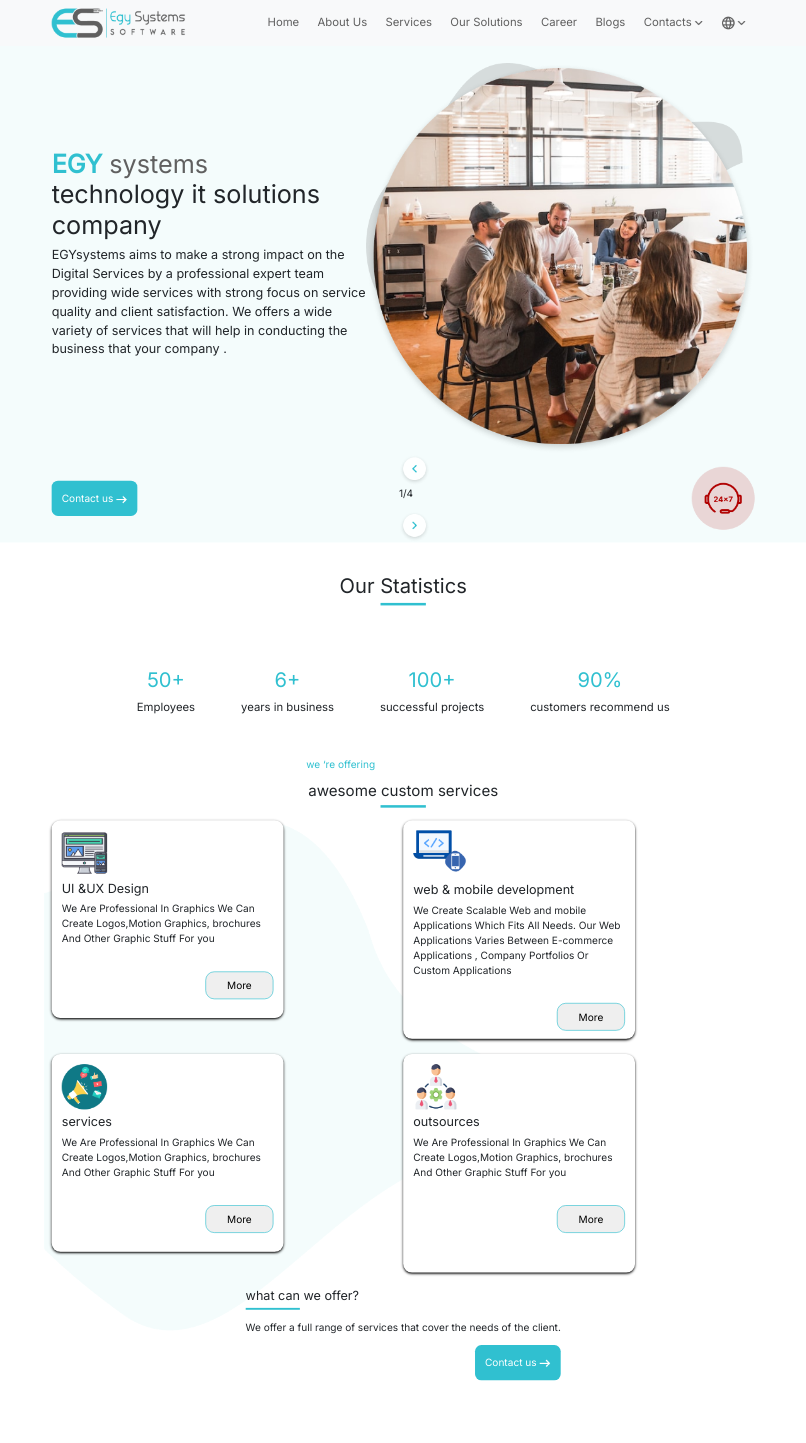
Repository: hamdyAbdelazeim/Egysystem-Home
Page: index.html
An editor plug-in stored every save of this project. The page is shown before and after a run of saves, followed by the edit.
The browser window is 1280 px wide. The pictures show the whole page, at 63% of full size.

Above is the page before, as saved 2023-07-13 13:42:01.

After the next 2 saves:
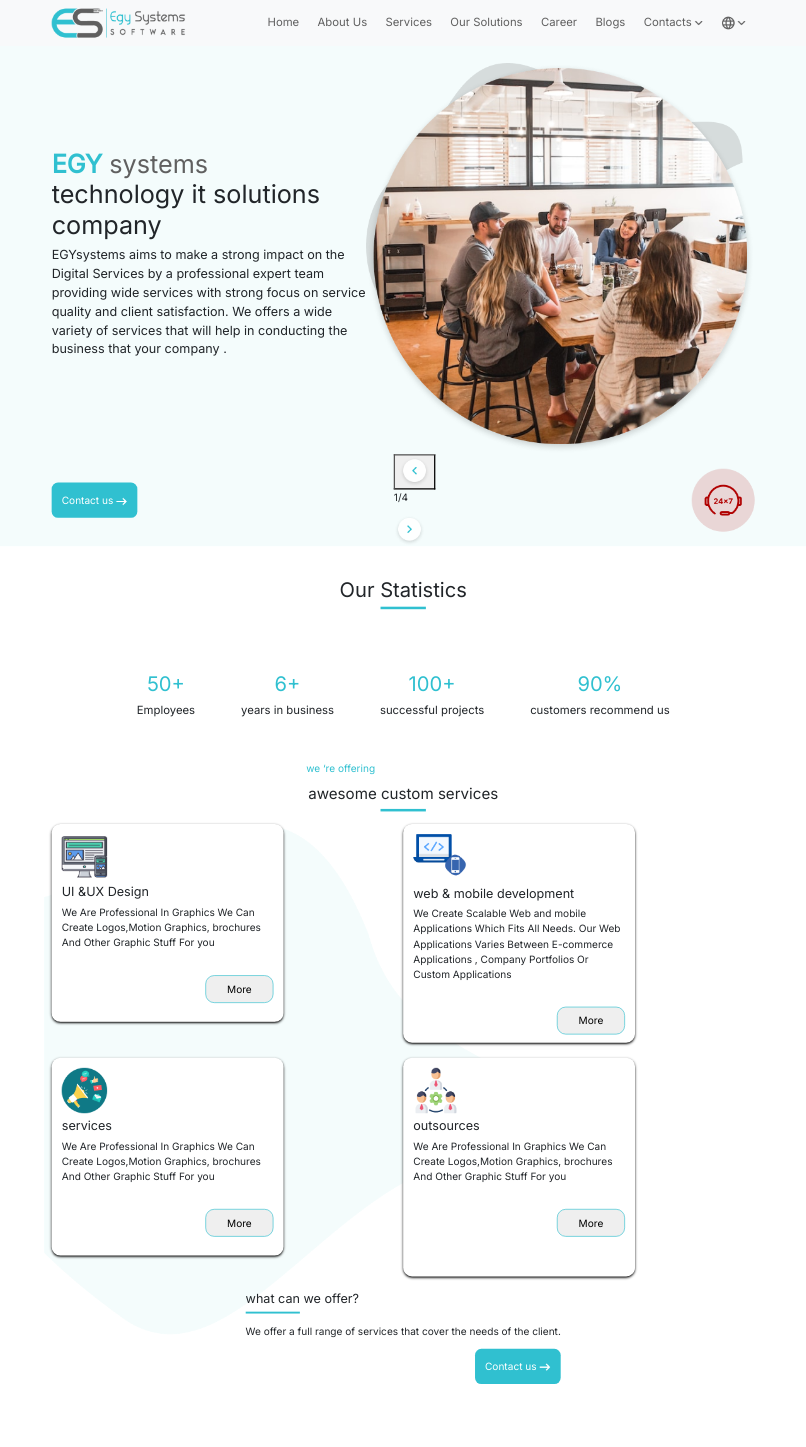
The 2 saves are shown as one change because they came seconds apart.
The last was saved 5 s later.
--- a/index.html
+++ b/index.html
@@ -106,7 +106,9 @@
           Contact us <img src="/assets/Vector (right).png" alt="" />
         </button>
         <div>
-          <img src="/assets/slider-left.png" alt="" />
+          <button>
+            <img src="/assets/slider-left.png" alt="" />
+          </button>
           <p>1/4</p>
           <img src="/assets/slider-right.png" alt="" />
         </div>
